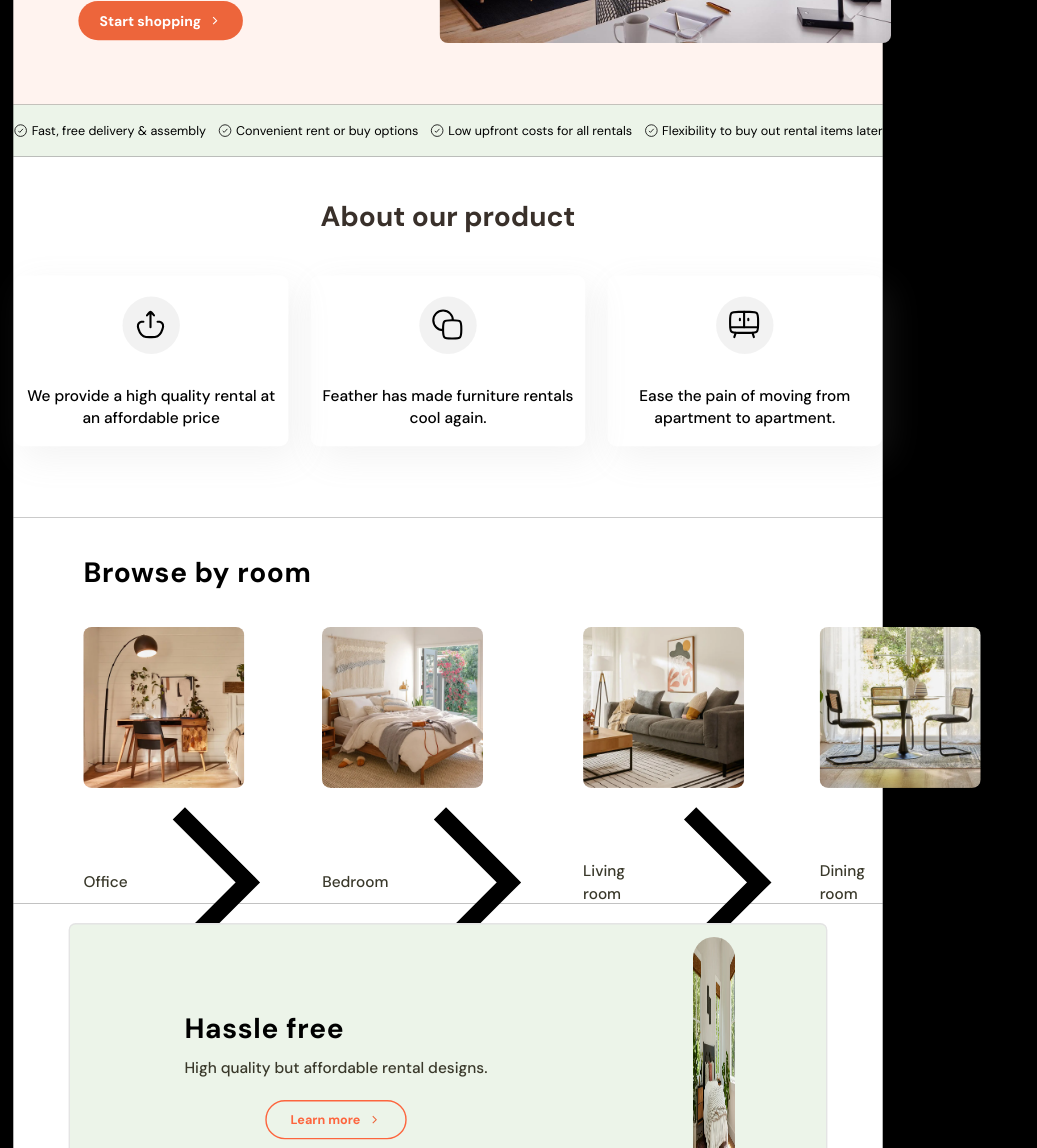
Repository: noman-source/Furniture-website
Page: index.html
An editor plug-in stored every save of this project. The page is shown before and after a run of saves, followed by the edit.
The browser window is 1280 px wide. The page is 1482 px wide, so the pictures cover 1482 px, including what lies to the right of the window. The pictures show the part of the page from y = 512 to 2152 px (the page is 4311 px tall), at 70% of full size.

Above is the page before, as saved 2025-07-04 13:01:24.

### index.html
<!DOCTYPE html>
<html lang="en">

<head>
    <meta charset="UTF-8">
    <meta name="viewport" content="width=device-width, initial-scale=1.0">
    <title>Document</title>
    <link rel="stylesheet" href="style.css">
</head>

<body>
    <header>
        <div class="navbar">
            <div class="nav-left">
                <ul>
                    <li>Cards</li>
                    <li>About</li>
                    <li>App</li>
                </ul>
            </div>
            <div class="nav-center">
                <ul>
                    <li><img src="asserts/svg/navbar-logo.svg" alt=""></li>
                    <li>Halal_Lab</li>
                </ul>
            </div>
            <div class="nav-right"><button><img src="asserts/svg/search.svg" alt="">Check delivery area</button></div>
        </div>
    </header>
    <main>
        <div class="section1">
            <div class="section1-left">
                <div class="section1-text">
                    <h2>An innovative way to make furniture lighter</h2>
                    <h4>Discover hassle-free delivery, free assembly and the flexibility to rent, rent-to-own or buy.
                    </h4>
                    <div class="section1-butt"><button>
                            <p>Start shopping</p><img src="asserts/svg/arrow.svg" alt="">
                        </button></div>
                </div>
            </div>
            <div class="section1-right">
                <img src="asserts/image/img 1.jpg" alt="">
            </div>
        </div>
        <div class="section2">
            <ul>
                <li><img src="asserts/svg/checkmark-circle-01.svg" alt="">Fast, free delivery & assembly</li>
                <li><img src="asserts/svg/checkmark-circle-01.svg" alt="">Convenient rent or buy options</li>
                <li><img src="asserts/svg/checkmark-circle-01.svg" alt="">Low upfront costs for all rentals</li>
                <li><img src="asserts/svg/checkmark-circle-01.svg" alt="">Flexibility to buy out rental items later</li>
            </ul>
        </div>
        <div class="section3">
            <p>About our product</p>
            <div class="section3-content">
                <div class="box box1">
                    <div class="circle"><img src="asserts/svg/upload-03.svg" alt=""></div>
                    <p>We provide a high quality rental at an affordable price</p>
                </div>
                <div class="box box2">
                    <div class="circle"><img src="asserts/svg/drawing-mode.svg" alt=""></div>
                    <p>Feather has made furniture rentals
                        cool again.</p>
                </div>
                <div class="box box3">
                    <div class="circle"><img src="asserts/svg/cabinet-01.svg" alt=""></div>
                    <p>Ease the pain of moving from
                        apartment to apartment.</p>
                </div>

            </div>
        </div>
        <div class="section4">
            <p>Browse by room</p>
            <div class="section4-content">
                <div class="box box1"><img src="asserts/image/img 2.png" alt="">
                    <p>Office <img src="asserts/svg/Vector.svg" alt=""></p>
                </div>
                <div class="box box2"><img src="asserts/image/img 3.png" alt="">
                    <p>Bedroom <img src="asserts/svg/Vector.svg" alt=""></p>
                </div>
                <div class="box box3"><img src="asserts/image/img 4.png" alt="">
                    <p>Living room <img src="asserts/svg/Vector.svg" alt=""></p>
                </div>
                <div class="box box4"><img src="asserts/image/img 5.png" alt="">
                    <p>Dining room <img src="asserts/svg/Vector.svg" alt=""></p>
                </div>
            </div>
        </div>
        <div class="section5">
            <div class="section5-top">
                <div class="left">
                    <div class="text">
                        <h3>Hassle free</h3>
                        <p>High quality but affordable rental designs.</p>
                    </div>
                    <div class="button"><button>Learn more <img src="asserts/svg/arrow-down-01.svg" alt=""></button>
                    </div>
                </div>
                <div class="right"><img src="asserts/image/img 6.png" alt=""></div>
            </div>
            <div class="section5-middle">
                <div class="right"><img src="asserts/image/img 7.png" alt=""></div>
                <div class="left">
                    <div class="text">
                        <h3>Risk free</h3>
                        <p>Furniture three ways. Rent, rent-to-own, or buy. Your furniture is as flexible as you need it
                            to be.</p>
                    </div>
                    <div class="button"><button>Learn more <img src="asserts/svg/arrow-down-01.svg" alt=""></button>
                    </div>
                </div>
            </div>
            <div class="section5-end">
                <div class="left">
                    <div class="text">
                        <h3>Waste free</h3>
                        <p>Last year we saved 522 tons of furniture from landfills. With your help, we can do even more.
                        </p>
                    </div>
                    <div class="button"><button>Learn more <img src="asserts/svg/arrow-down-01.svg" alt=""></button>
                    </div>
                </div>
                <div class="right"><img src="asserts/image/img 8.png" alt=""></div>
            </div>
        </div>
        <div class="section6">
            <div class="section6-content">
                <h3>Shop what’s new</h3>
                <div class="boxes">
                    <div class="box">
                        <div class="box-top"><img src="asserts/image/img 9.png" alt=""></div>
                        <div class="box-bottom">
                            <h4>Valencia Modular </h4>
                            <p>$2,999</p>
                        </div>
                    </div>
                    <div class="box">
                        <div class="box-top"><img src="asserts/image/img 10.png" alt=""></div>
                        <div class="box-bottom">
                            <h4>The Floyd sofa</h4>
                            <p>$1200</p>
                        </div>
                    </div>
                    <div class="box">
                        <div class="box-top"><img src="asserts/image/img 11.png" alt=""></div>
                        <div class="box-bottom">
                            <h4>Playa Outdoor</h4>
                            <p>$1999</p>
                        </div>
                    </div>
                    <div class="box">
                        <div class="box-top"><img src="asserts/image/img 12.png" alt=""></div>
                        <div class="box-bottom">
                            <h4>Remi standing</h4>
                            <p>$2,999</p>
                        </div>
                    </div>
                </div>
            </div>
        </div>
    </main>

    <footer>
        <div class="boxes">
            <div class="box box1">
                <div class="box1-top">
                    <p>Be in the know<br>
                        Get the latest products, promotions, and design tips in your inbox. Sign up and get 25% off your
                        first month.</p>
                </div>
                <div class="box1-bottom"><input type="email"placeholder="Email"><button>Submit</button></div>
            </div>
            <div class="box box2"><ul>
                <li>Shop</li>
                <li>The Goods</li>
                <li>Feather for Business</li>
                <li>Get design help</li>
            </ul></div>
            <div class="box box3"><ul>
                <li>Help</li>
                <li>hello@livefeather.com</li>
                <li>FAQs</li>
            </ul></div>
            <div class="box box4"><ul>
                <li>Follow us</li>
                <li><img src="asserts/svg/Instagram.svg" alt=""><img src="asserts/svg/Twitter.svg" alt=""><img src="asserts/svg/pinterest.svg" alt=""><img src="asserts/svg/Facebook.svg" alt=""><img src="asserts/svg/linkdin.svg" alt=""></li>
            </ul></div>
        </div>
    </footer>

</body>

</html>

### style.css
@import url('https://fonts.googleapis.com/css2?family=DM+Sans:ital,opsz,wght@0,9..40,100..1000;1,9..40,100..1000&display=swap');
@import url('https://fonts.googleapis.com/css2?family=DM+Sans:ital,opsz,wght@0,9..40,100..1000;1,9..40,100..1000&display=swap');
@import url('https://fonts.googleapis.com/css2?family=DM+Sans:ital,opsz,wght@0,9..40,100..1000;1,9..40,100..1000&display=swap');

body {
    font-family: "DM Sans", sans-serif;
    background-color: black;
}

.website {
    background-color: white;
}

* {
    margin: 0;
    padding: 0;
}

header .navbar {
    width: 97%;
    margin: auto;
    height: 72px;
    display: flex;
    justify-content: space-around;
    align-items: center;
    background-color: rgb(246, 244, 244);
    gap: 13%;
    border-bottom: 1px solid #E4E4E4;
}

header .navbar .nav-left {
    font-size: 16px;
    font-weight: 500;
    line-height: 24px;
    letter-spacing: -1%;
}

header .navbar .nav-left ul {
    display: flex;
    justify-content: center;
    align-items: center;
    gap: 50px;
}

header .navbar .nav-left ul li {
    list-style-type: none;
}

header .navbar .nav-center ul {
    display: flex;
    justify-content: center;
    align-items: center;
    gap: 10px;
    font-family: "Ramabhadra", sans-serif;
}

header .navbar .nav-center ul li {
    list-style-type: none;
    font-size: 18px;
    font-weight: 400;
    display: flex;
    justify-content: center;
    align-items: center;
}

header .navbar .nav-right button {
    width: 130%;
    height: 40px;
    background-color: #FD653E;
    border-radius: 32px;
    border: none;
    transform: translateX(-50px);
    display: flex;
    justify-content: center;
    align-items: center;
    gap: 15px;
    font-size: 16px;
    font-weight: 700;
    color: white;
}

main .section1 {
    width: 97%;
    margin: auto;
    height: 588px;
    background-color: #FFF3EF;
    display: flex;
    justify-content: space-around;
    align-items: center;
}

main .section1 .section1-right {
    width: 50%;
    display: flex;
    justify-content: center;
    align-items: center;
}

main .section1 .section1-left {
    width: 50%;
}

main .section1 .section1-left .section1-text {
    width: 70%;
    margin: auto;
    height: 250px;
    display: flex;
    flex-direction: column;
    gap: 20px;
}

main .section1 .section1-left .section1-text h2 {
    font-size: 48px;
    font-weight: 700;
}

main .section1 .section1-left .section1-text p {
    font-size: 18px;
    font-weight: 400;
    color: #39382A;
}

main .section1 .section1-left .section1-text button {
    width: 235px;
    height: 56px;
    display: flex;
    justify-content: center;
    align-items: center;
    gap: 10px;
    border-radius: 32px;
    border: transparent;
    background-color: #ED653B;
}

main .section1 .section1-left .section1-text button p {
    color: white;
    font-size: 20px;
    font-weight: 700;
    font-family: "DM Sans", sans-serif;
}

main .section1 .section1-right img {
    width: 645px;
    border-radius: 12px;
}

.section2 {
    height: 74px;
    width: 97%;
    margin: auto;
    background-color: #ECF4E9;
}

.section2 ul {
    height: 74px;
    display: flex;
    justify-content: space-between;
    align-items: center;
}

.section2 ul li {
    font-family: "DM Sans", sans-serif;
    list-style-type: none;
    display: flex;
    justify-content: center;
    align-items: center;
    gap: 5px;
    font-size: 18px;
    font-weight: 400;
}

.section3 {
    width: 97%;
    margin: auto;
    height: 516px;
    background-color: white;
}

.section3>p {
    font-size: 40px;
    font-weight: 700;
    height: 170px;
    display: flex;
    color: #39302A;
    justify-content: center;
    align-items: center;
}

.section3-content {
    display: flex;
    justify-content: center;
    align-items: center;
    gap: 32px;
}

.section3-content .box {
    width: 392px;
    border-radius: 12px;
    height: 244px;
    display: flex;
    align-items: center;
    justify-content: center;
    flex-direction: column;
    gap: 50px;
    box-shadow: 12px 16px 50px 0px #9A9A9A1F;
}

.section3-content .box .circle {
    width: 50px;
    height: 50px;
    transform: translateY(30px);
    gap: 10px;
    border-radius: 99px; /* Corrected to 99px based on later image */
    padding: 16px; /* Corrected to 16px based on later image */
    background-color: #E3E3E373; /* Corrected to #E3E3E3 based on later image */
}

.section3-content .box p {
    width: 373px;
    margin: auto;
    display: flex;
    font-family: DM Sans;
    font-weight: 500;
    font-size: 22px;
    line-height: 32px;
    text-align: center;
    /* letter-spacing: 0%; */
    /* vertical-align: middle; */
}

.section4 {
    width: 97%;
    margin: auto;
    height: 551px;
    background-color: white;
}

.section4>p {
    font-weight: 700;
    font-size: 40px;
    line-height: 56px;
    letter-spacing: 0.9px;
    padding-top: 50px;
    padding-left: 100px; /* Added based on later image */
}

.section4 .section4-content {
    height: 287px;
    display: flex;
    justify-content: flex-start;
    padding-left: 100px;
    padding-top: 50px;
    gap: 32px;
}

.section4 .section4-content .box {
    height: 287px;
    display: flex;
    flex-direction: column;
    gap: 20px;
}

.section4 .section4-content .box img {
    height: 230px;
    width: 230px;
    border-radius: 12px;
}

.section4 .section4-content .box p {
    font-family: DM Sans;
    font-weight: 500;
    font-size: 22px;
    line-height: 32px;
    display: flex;
    gap: 16px; /* Corrected to 16px based on later image */
    justify-content: flex-start;
    align-items: center; /* Added based on later image */
    color: #39382A; /* Added based on later image */
}

.section5 {
    height: 1548px;
    background-color: white;
    width: 97%;
    margin: auto;
    display: flex;
    justify-content: center;
    align-items: center;
    flex-direction: column;
    gap: 40px;
}

.section5 > .section5-top,
.section5-middle,
.section5-end {
    height: 430px;
    border: 2px solid #E4E4E4;
    width: 87%;
    margin: auto;
    border-radius: 10px;
}

.section5 .section5-top {
    background-color: #ECF4E9;
    display: flex;
    justify-content: space-around;
    align-items: center;
}

.section5 .section5-middle {
    background-color: #FEF3EE;
    display: flex;
    justify-content: space-around;
    align-items: center;
}

.section5 .section5-end {
    background-color: #F0F8FA;
    display: flex;
    justify-content: space-around;
    align-items: center;
}

.section5 .right img {
    width: 60px;
    height: 388px;
    border-radius: 60px;
}

.section5 .left {
    width: 50%;
    display: flex;
    flex-direction: column;
    justify-content: center;
    align-items: center;
    gap: 30px;
}

.section5 .left .text {
    display: flex;
    flex-direction: column;
    gap: 16px;
}

.section5 .left .button {
    display: flex;
    justify-content: flex-start;
}

.section5 .left .text button {
    width: 400px;
}

.section5 .right {
    padding: 20px;
}

.section5 h3 {
    font-weight: 700;
    font-size: 40px;
    line-height: 50px;
    letter-spacing: 0.96px;
}

.section5 p {
    font-family: DM Sans;
    font-weight: 500;
    font-size: 22px;
    line-height: 32px;
    letter-spacing: 0%; /* Added based on later image */
    vertical-align: middle; /* Added based on later image */
    color: #39382A; /* Added based on later image */
}

.section5 .left button {
    width: 202px;
    height: 56px;
    gap: 10px;
    border-width: 1px;
    padding-top: 16px;
    padding-right: 32px;
    padding-bottom: 16px;
    padding-left: 32px;
    border-radius: 32px;
    background-color: transparent;
    border: 2px solid #FD653E;
    color: #FD653E;
    display: flex;
    justify-content: center;
    align-items: center;
    font-family: DM Sans;
    font-weight: 700;
    font-size: 18px;
}

.section6 {
    background-color: white;
    height: 730px;
    width: 97%;
    margin: auto;
}

.section6 img {
    width: 286px;
    height: 203px;
    border-radius: 12px;
}

.section6 .section6-content {
    height: 548px;
    background-color: #FFFCF8;
    width: 90.7%;
    margin: auto;
    padding-left: 180px;
    padding-top: 80px;
    display: flex;
    flex-direction: column;
    gap: 20px;
}

.section6-content .boxes {
    display: flex;
    gap: 32px;
}

.section6-content .boxes .box {
    display: flex;
    flex-direction: column;
    gap: 19px;
}

.section6 h2 {
    font-family: Circular Std;
    font-weight: 700;
}

.section6 h3 {
    /* font-family: Circular Std; */
    font-weight: 700;
    font-size: 40px;
    line-height: 50px;
    letter-spacing: 0px;
    vertical-align: middle;
    color: #39382A;
}

.section6-content .box-bottom {
    display: flex;
    flex-direction: column;
    gap: 4px;
}

.section6-content .box-bottom h4 {
    font-family: DM Sans;
    font-weight: 500;
    font-size: 18px;
    line-height: 26px;
    letter-spacing: 0%;
    vertical-align: middle;
    color: #39382A;
}

.section6-content .box-bottom p {
    font-family: DM Sans;
    font-weight: 500;
    font-size: 10px;
    line-height: 14px;
    letter-spacing: 0%;
    vertical-align: middle;
    color: #ED653B;
}

footer {
    border-top: 1px solid #DC0805;
    width: 97%;
    background-color: white;
    height: 230px;
    margin: auto;
    display: flex;
    justify-content: center;
    align-items: center;
    /* transform: translateY(130px); */
}

footer .boxes {
    display: grid;
    grid-template-columns: 403px 180px 180px 170px;
    width: 85%;
    margin: auto;
    /* background-color: #39382A; */
    height: 144px;
    justify-content: space-between;
}

footer .boxes .box1 {
    display: flex;
    flex-direction: column;
    gap: 20px;
}

footer .boxes .box1-top {
    font-family: DM Sans;
    font-weight: 700;
    font-size: 34px;
}

footer .boxes .box1 .box1-top {
    font-weight: 400;
    font-size: 14.13px;
    line-height: 24px;
    letter-spacing: 0%;
    vertical-align: middle;
}

footer .boxes .box1 .box1-bottom {
    display: flex;
    gap: 16px;
    justify-content: center;
    align-items: center;
}

footer .boxes .box1 .box1-bottom input {
    width: 245px;
    height: 48px;
    border: 1px solid #EDEDED;
    border-radius: 32px;
    outline: none;
}

footer .boxes .box1 .box1-bottom input::placeholder {
    transform: translateX(20px);
    font-family: DM Sans;
    font-weight: 500;
    font-size: 16px;
    line-height: 24px;
    letter-spacing: 1%;
    vertical-align: middle;
    color: #BABABA;
}

footer .boxes .box1 .box1-bottom button {
    width: 140px;
    height: 48px;
    border-width: 1px;
    border-radius: 48px;
    border: 1px solid #ED653B;
    background-color: transparent;
    font-family: DM Sans;
    font-weight: 500;
    font-size: 16px;
    line-height: 24px;
    letter-spacing: 1%;
    vertical-align: middle;
    color: #ED653B;
}

footer .boxes ul li:first-child {
    font-weight: 500;
    font-size: 16px;
    letter-spacing: 0.16px;
    color: #2A2A2D;
}

footer .boxes ul {
    display: flex;
    flex-direction: column;
    gap: 16px;
}

footer .boxes ul li {
    list-style-type: none;
    font-family: DM Sans;
    font-weight: 400; /* Added based on latest image */
    font-size: 16px; /* Added based on latest image */
    color: #39382A; /* Added based on latest image */
}

footer .boxes .box4 li:last-of-type {
    display: flex;
    justify-content: space-between;
    align-items: center;
}

After the next 2 saves:
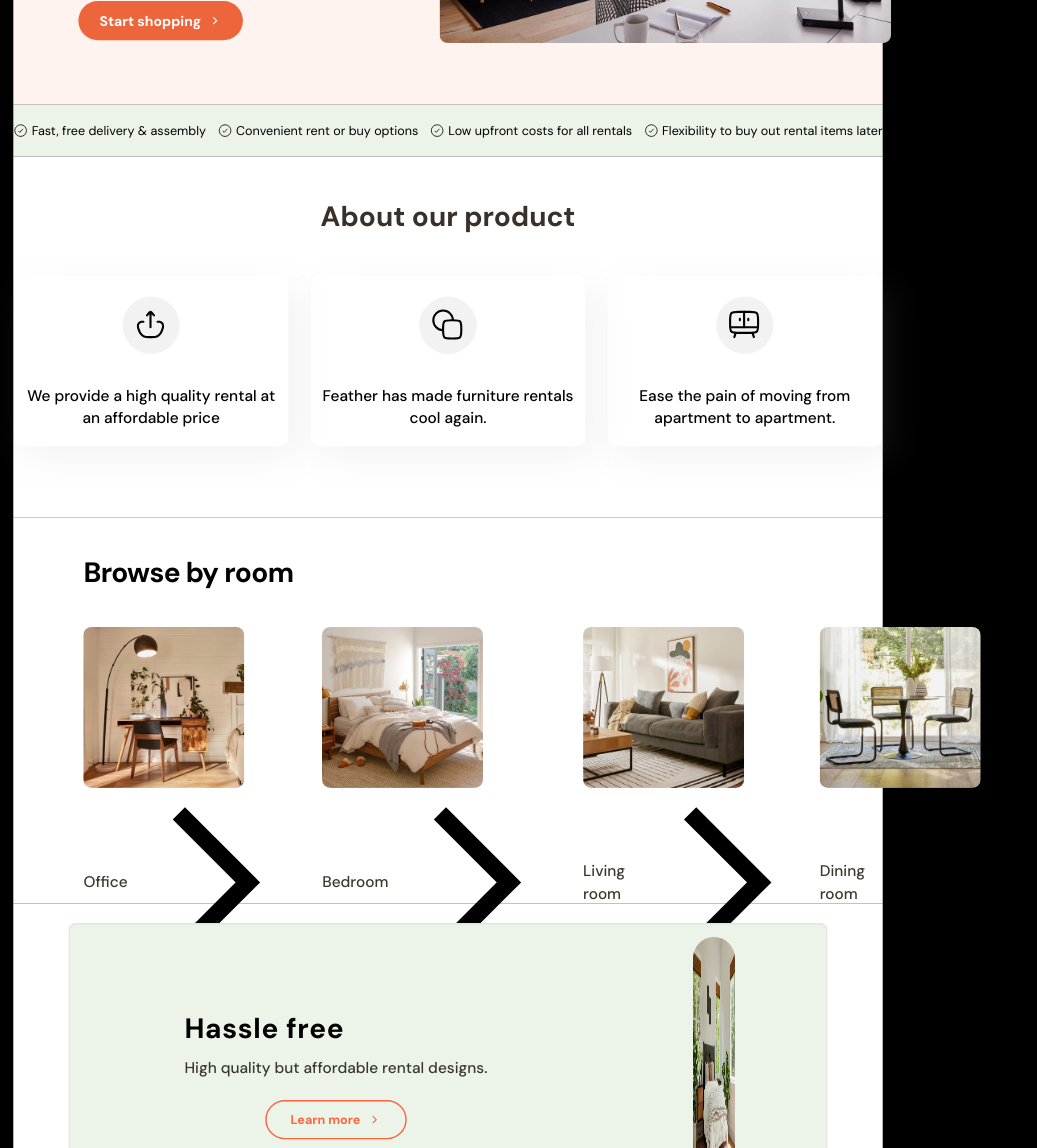
The 2 saves are shown as one change because they came seconds apart.
The last was saved 15 s later.
--- a/style.css
+++ b/style.css
@@ -239,7 +239,7 @@
     font-weight: 700;
     font-size: 40px;
     line-height: 56px;
-    letter-spacing: 0.9px;
+    letter-spacing: -0.96px;
     padding-top: 50px;
     padding-left: 100px; /* Added based on later image */
 }
